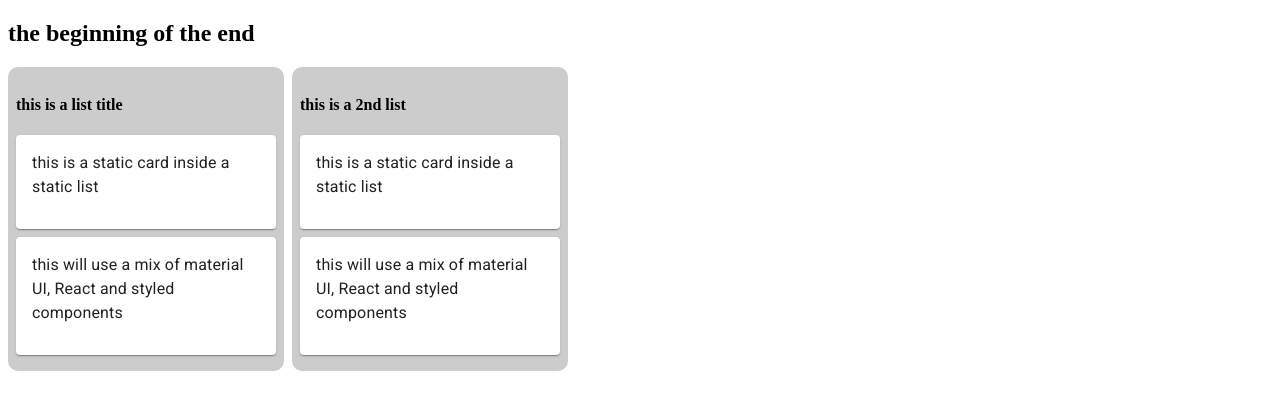
Repository: DesterStorm/Crello
Page: /
These files come from the project's save history. The page is drawn as it stood at one moment and after a run of saves; the edit follows.
The browser window is 1280 px wide. The pictures show the whole page.
The project was rebuilt for these pictures with package versions that can differ from the ones it lists, and the page was loaded fresh each time.

Above is the page before, as saved 2020-05-12 15:17:20.

### src/index.js
import React from 'react';
import ReactDOM from 'react-dom';
import { Provider } from "react-redux"
import store from './store'
import App from './components/App';
import * as serviceWorker from './serviceWorker';

ReactDOM.render(
  <Provider store={store}>
    <App />
  </Provider>,
  document.getElementById('root')
);

// If you want your app to work offline and load faster, you can change
// unregister() to register() below. Note this comes with some pitfalls.
// Learn more about service workers: https://bit.ly/CRA-PWA
serviceWorker.unregister();

### src/store/index.js
import { createStore } from 'redux'
import rootReducer from '../reducers'



const store = createStore(rootReducer)

export default store

### src/components/App.js
import React, { Component } from 'react';
import CrelloList from './CrelloList'
import { connect } from 'react-redux'

class App extends Component {
  render () {
    const { lists } =  this.props
    return (
      <div className="App">
        <h2>the beginning of the end</h2>
        <div style= {styles.listsContainer}>
          { lists.map(list => (
            <CrelloList title={list.title} cards={list.cards} />
          ))}
        </div>
      </div>
    );
  }
}

const styles = {
  listsContainer: {
    display: "flex",
    flexDirection: "row",
  }
}

const mapStateToProps = state => ({
  lists: state.lists
})

export default connect(mapStateToProps)(App);

### src/reducers/index.js
import {combineReducers} from 'redux'
import listsReducer from './listsReducer'

export default combineReducers({
  lists: listsReducer
})

### src/components/CrelloList.js
import React from 'react'
import CrelloCard from './CrelloCard'

const CrelloList = ({title, cards}) => {
  return (
    <div style={styles.container}>
    <h4>{title}</h4>
    { cards.map(card => (
      <CrelloCard text={card.text} />
      ))}
    </div>
  )
}

const styles = {
  container: {
    backgroundColor: '#ccc',
    borderRadius: 10,
    width: 260,
    padding: 8,
    marginRight: 8
  }
}

export default CrelloList

### src/reducers/listsReducer.js

const initialState = [
  {
    title: 'this is a list title',
    id: 0,
    cards: [
      {
        id: 0,
        text: 'this is a static card inside a static list'
      },
      {
        id: 1,
        text: 'this will use a mix of material UI, React and styled components'
      }
    ]
  },
  {
    title: 'this is a 2nd list',
    id: 0,
    cards: [
      {
        id: 0,
        text: 'this is a static card inside a static list'
      },
      {
        id: 1,
        text: 'this will use a mix of material UI, React and styled components'
      }
    ]
  }
]

const listsReducer = (state = initialState, action) => {
  switch (action.type) {
    default:
      return state
  }
}

export default listsReducer

### src/components/CrelloCard.js
import React from 'react'
import Card from '@material-ui/core/Card';
import Typography from '@material-ui/core/Typography';
import CardContent from '@material-ui/core/CardContent';

const CrelloCard = ({text}) => {
  return(
    <Card style={styles.cardContainer}>
      <CardContent>
        <Typography gutterBottom>
          {text}
        </Typography>
      </CardContent>
    </Card>
  )
}

const styles = {
  cardContainer: {
    marginBottom: 8
  }
}

export default CrelloCard

Loaded but not shown: public/index.html (common file); src/serviceWorker.js (common file)

After the next 4 saves:
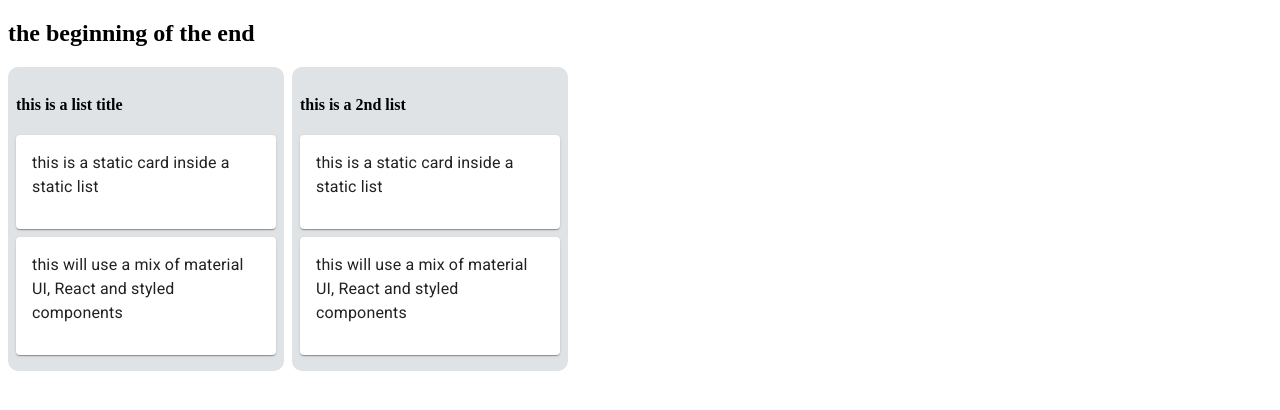
The 4 saves are shown as one change because they came seconds apart.
The last was saved 3 min 40 s later.
--- a/src/components/CrelloList.js
+++ b/src/components/CrelloList.js
@@ -14,7 +14,7 @@ const CrelloList = ({title, cards}) => {
 
 const styles = {
   container: {
-    backgroundColor: '#ccc',
+    backgroundColor: '#dfe3e6',
     borderRadius: 10,
     width: 260,
     padding: 8,
